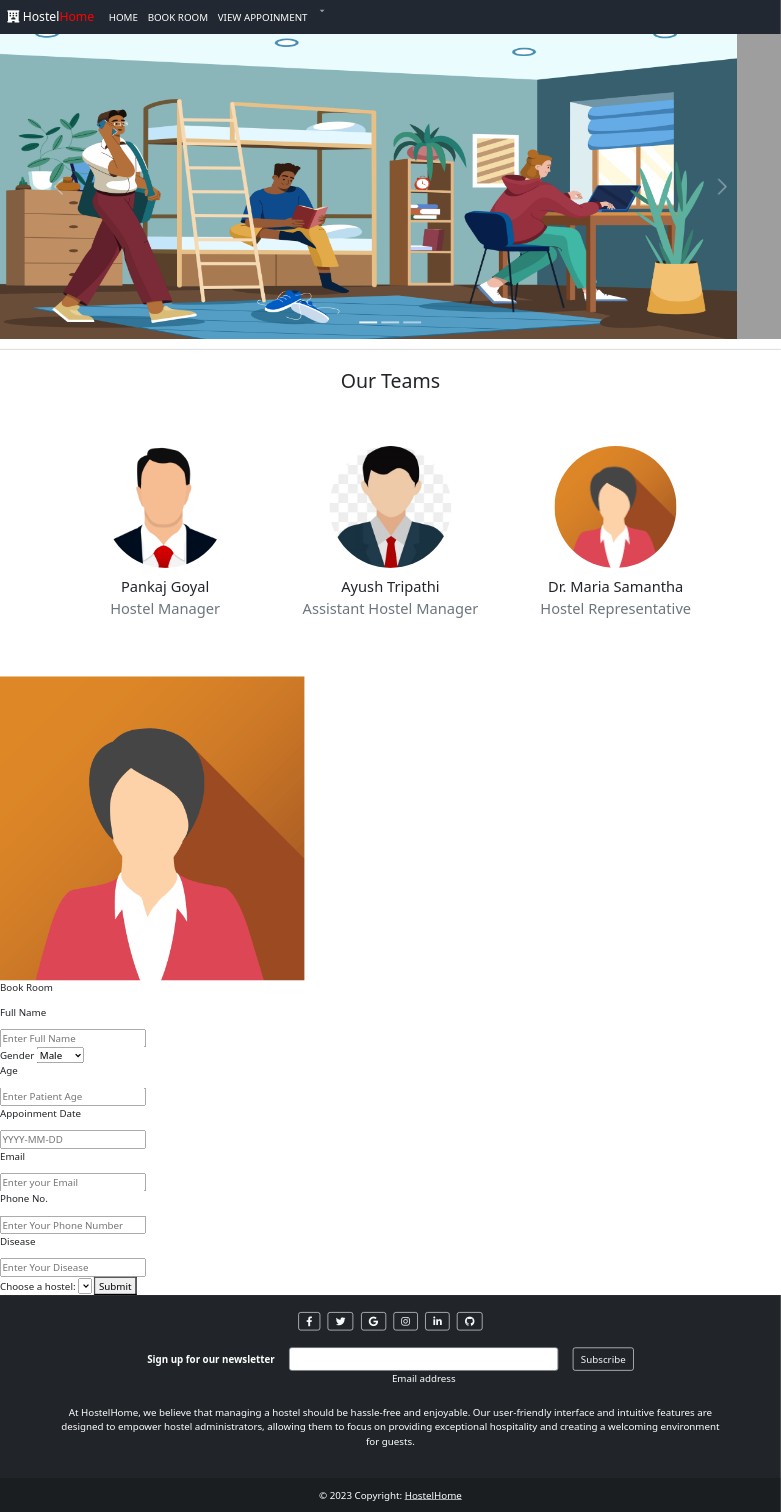
Repository: SparshGarg1/Hostel_Managment_System
Page: http://localhost/Hostel/studentbookroom.jsp
These files come from the project's save history. The page is drawn as it stood at one moment and after the next save; the edit follows.
The browser window is 1280 px wide. The pictures show the whole page, at 61% of full size.
Pictures or frames that could not be fetched are drawn as grey boxes. Some web libraries are served in a nearby version. The page is served by Tomcat 9. Other server files are loaded and not shown. Queries for data that is not in the repository find no rows.

Above is the page before, as saved 2023-06-18 02:46:22.

### Hostel/WebContent/studentbookroom.jsp
<%@page import="java.sql.ResultSet"%>
<%@page errorPage="component/error.jsp" %>
<%@ include file="component/db.jsp" %>
<%@ page language="java" contentType="text/html; charset=ISO-8859-1"
    pageEncoding="ISO-8859-1"%>
<!DOCTYPE html PUBLIC "-//W3C//DTD HTML 4.01 Transitional//EN" "http://www.w3.org/TR/html4/loose.dtd">
<html>
<head>
<meta http-equiv="Content-Type" content="text/html; charset=ISO-8859-1">
<title>Insert title here</title>
<%@ include file="component/allcss.jsp" %>
</head>
<body>
<!-- Fetching Detail os User -->
<%
	HttpSession ses = request.getSession();
	String email = (String) ses.getAttribute("email");
	String qrp = "select * from student where email=?";
	PreparedStatement ps = con.prepareStatement(qrp);
	ps.setString(1, email);
	String name="";
	ResultSet rsp = ps.executeQuery();
	if(rsp.next())
	{
	name = rsp.getString("name");
	}
%>

<!-- Navbar -->
<nav class="navbar navbar-expand-lg navbar-dark" style="background-color:#222831;">
  <div class="container-fluid">
<a class="navbar-brand" href="index.jsp"><i class="fas fa-hotel"></i> Hostel<span style="color:red;">Home</span></a>
    <button class="navbar-toggler" type="button" data-bs-toggle="collapse" data-bs-target="#navbarSupportedContent" aria-controls="navbarSupportedContent" aria-expanded="false" aria-label="Toggle navigation">
      <span class="navbar-toggler-icon"></span>
    </button>
    <div class="collapse navbar-collapse" id="navbarSupportedContent">
      <ul class="navbar-nav  mb-2 mb-lg-0">
        <li class="nav-item">
          <a class="nav-link active" aria-current="page" href="userportal.jsp">HOME</a>
        </li>
        <li class="nav-item">
          <a class="nav-link active" aria-current="page" href="studentbookroom.jsp">BOOK ROOM</a>
        </li>
        <li class="nav-item">
          <a class="nav-link active" aria-current="page" href="userviewappoinment.jsp">VIEW APPOINMENT</a>
        </li>
        <li class="nav-item dropdown">
          <a class="nav-link dropdown-toggle" href="#" id="navbarDropdown" role="button" data-bs-toggle="dropdown" aria-expanded="false">
           <%=name %>
          </a>
          <ul class="dropdown-menu" aria-labelledby="navbarDropdown">
          	<li><a class="dropdown-item" href="userchangepassword.jsp?email=<%= email %>">Change Password</a></li>
            <li><a class="dropdown-item" href="UserLogout">Logout</a></li>
          </ul>
        </li>
      </ul>
    </div>
  </div>
</nav>

<!-- index page code copy as page should look same  -->
<div id="carouselExampleIndicators" class="carousel slide" data-bs-ride="carousel">
  <div class="carousel-indicators">
    <button type="button" data-bs-target="#carouselExampleIndicators" data-bs-slide-to="0" class="active" aria-current="true" aria-label="Slide 1"></button>
    <button type="button" data-bs-target="#carouselExampleIndicators" data-bs-slide-to="1" aria-label="Slide 2"></button>
    <button type="button" data-bs-target="#carouselExampleIndicators" data-bs-slide-to="2" aria-label="Slide 3"></button>
  </div>
  <div class="carousel-inner">
    <div class="carousel-item active">
      <img src="img/hos1.jpg" class="d-block w-100" alt="..." height="500px">
    </div>
    <div class="carousel-item">
      <img src="img/hos2.jpg" class="d-block w-100" alt="..." height="500px">
    </div>
    <div class="carousel-item">
      <img src="img/hos3.jpg" class="d-block w-100" alt="..." height="500px">
    </div>
  </div>
  <button class="carousel-control-prev" type="button" data-bs-target="#carouselExampleIndicators" data-bs-slide="prev">
    <span class="carousel-control-prev-icon" aria-hidden="true"></span>
    <span class="visually-hidden">Previous</span>
  </button>
  <button class="carousel-control-next" type="button" data-bs-target="#carouselExampleIndicators" data-bs-slide="next">
    <span class="carousel-control-next-icon" aria-hidden="true"></span>
    <span class="visually-hidden">Next</span>
  </button>
</div>


<hr>


<div class="container p-3">
<h1 class="text-center fs-2">Our Teams</p>
<div class="py-5 text-center text-info background-info" style="">
<div class="container">
<div class="row">
<div class="col-lg-4 col-md-6 p-4"> <img class="img-fluid d-block mb-3 mx-auto rounded-circle" alt="Card image cap" width="200" src="img/doc-1.jpg">
<h4 class="text-dark">Pankaj Goyal</h4>
<h4 class="mb-0 text-secondary">Hostel Manager</h4>
</div>
<div class="col-lg-4 col-md-6 p-4"> <img class="img-fluid d-block mb-3 mx-auto rounded-circle" src="img/doc-2.jpg" alt="Card image cap" width="200">
<h4 class="text-dark">Ayush Tripathi</h4>
<h4 class="mb-0 text-secondary">Assistant Hostel Manager</h4>
</div>
<div class="col-lg-4 p-4"> <img class="img-fluid d-block mb-3 mx-auto rounded-circle" src="img/doc-3.jpg" width="200">
<h4 class="text-dark">Dr. Maria Samantha</h4>
<h4 class="mb-0 text-secondary">Hostel Representative</h4>
</div>
</div>
</div>
</div>
</div>

<!-- Form -->
<div class="main">
    <div class="image">
        <img src="img/doc-3.jpg" alt="">
    </div>
    <div class="contain">
        <p class="head">Book Room</p>
        <form action="BookRoom?email=<%=email %>" method="post">
        <div class="bo">
            <p>Full Name</p>
            <div>
                <input type="text" name="name" placeholder="Enter Full Name">
            </div>
        </div>
        <label for="gender" class="bo">Gender</label>
            <select id="gender" name="gender" >
             <option value="Male">Male</option>
             <option value="Female">Female</option>
             <option value="Others">Others</option>
        </select>
        <div class="bo">
            <p>Age</p>
            <div>
                <input type="text" name="age" placeholder="Enter Patient Age">
            </div>
        </div>
        <div class="bo">
            <p>Appoinment Date</p>
            <div>
                <input type="text" name="appdate" placeholder="YYYY-MM-DD">
            </div>
        </div>
        <div class="bo">
            <p>Email</p>
            <div>
                <input type="email" name="email" placeholder="Enter your Email">
            </div>
        </div>
        <div class="bo">
            <p>Phone No.</p>
            <div>
                <input type="text" name="mobile" placeholder="Enter Your Phone Number">
            </div>
        </div>
        <div class="bo">
            <p>Disease</p>
            <div>
                <input type="text" name="Disease" placeholder="Enter Your Disease">
            </div>
        </div>

        <label for="hostel" class="bo">Choose a hostel:</label>
            <select id="hostel" name="hostel_name" >
            <%
            	String qr1 = "select * from doctor";
            	PreparedStatement ps1 = con.prepareStatement(qr1);
            	ResultSet rs1 = ps1.executeQuery();
            	if(rs1.next())
            	{
            		do
            		{
            			int id = rs1.getInt("id");
            			String dname = rs1.getString("name");
            			%>

            			<option value=<%=id%>><%=dname%></option>
            			<%
            		}
            		while(rs1.next());
            	}
            	con.close();
            %>
        </select>

        <button type="submit"  class="loginBtn">Submit</button>
        </form>
    </div>
</div>

<!-- Footer -->
<footer class="bg-dark text-center text-white">
  <!-- Grid container -->
  <div class="container p-4">
    <!-- Section: Social media -->
    <section class="mb-4">
      <!-- Facebook -->
      <a class="btn btn-outline-light btn-floating m-1" href="#!" role="button"
        ><i class="fab fa-facebook-f"></i
      ></a>

      <!-- Twitter -->
      <a class="btn btn-outline-light btn-floating m-1" href="#!" role="button"
        ><i class="fab fa-twitter"></i
      ></a>

      <!-- Google -->
      <a class="btn btn-outline-light btn-floating m-1" href="#!" role="button"
        ><i class="fab fa-google"></i
      ></a>

      <!-- Instagram -->
      <a class="btn btn-outline-light btn-floating m-1" href="#!" role="button"
        ><i class="fab fa-instagram"></i
      ></a>

      <!-- Linkedin -->
      <a class="btn btn-outline-light btn-floating m-1" href="#!" role="button"
        ><i class="fab fa-linkedin-in"></i
      ></a>

      <!-- Github -->
      <a class="btn btn-outline-light btn-floating m-1" href="#!" role="button"
        ><i class="fab fa-github"></i
      ></a>
    </section>
    <!-- Section: Social media -->

    <!-- Section: Form -->
    <section class="">
      <form action="">
        <!--Grid row-->
        <div class="row d-flex justify-content-center">
          <!--Grid column-->
          <div class="col-auto">
            <p class="pt-2">
              <strong>Sign up for our newsletter</strong>
            </p>
          </div>
          <!--Grid column-->

          <!--Grid column-->
          <div class="col-md-5 col-12">
            <!-- Email input -->
            <div class="form-outline form-white mb-4">
              <input type="email" id="form5Example21" class="form-control" />
              <label class="form-label" for="form5Example21">Email address</label>
            </div>
          </div>
          <!--Grid column-->

          <!--Grid column-->
          <div class="col-auto">
            <!-- Submit button -->
            <button type="submit" class="btn btn-outline-light mb-4">
              Subscribe
            </button>
          </div>
          <!--Grid column-->
        </div>
        <!--Grid row-->
      </form>
    </section>
    <!-- Section: Form -->

    <!-- Section: Text -->
    <section class="mb-4">
      <p>
       At HostelHome, we believe that managing a hostel should be hassle-free and enjoyable. Our user-friendly interface and
       intuitive features are designed to empower hostel administrators, allowing them to focus on providing exceptional
        hospitality and creating a welcoming environment for guests.


      </p>
    </section>

    <!-- Section: Links -->
  </div>
  <!-- Grid container -->

  <!-- Copyright -->
  <div class="text-center p-3" style="background-color: rgba(0, 0, 0, 0.2);">
    © 2023 Copyright:
    <a class="text-white" href="index.jsp">HostelHome</a>
  </div>
  <!-- Copyright -->
</footer>
<!-- Footer -->


</body>
</html>

### Hostel/WebContent/component/db.jsp

<%@page import="java.sql.Connection" %>
<%@page import="java.sql.DriverManager" %>
<%@page import="java.sql.PreparedStatement" %>
<%
Class.forName("com.mysql.jdbc.Driver");
Connection con=DriverManager.getConnection("jdbc:mysql://localhost:3306/hostel","root","sparsh1574");
%>

### Hostel/WebContent/component/allcss.jsp
<link rel="stylesheet" href="https://cdnjs.cloudflare.com/ajax/libs/font-awesome/6.1.2/css/all.min.css" integrity="sha512-1sCRPdkRXhBV2PBLUdRb4tMg1w2YPf37qatUFeS7zlBy7jJI8Lf4VHwWfZZfpXtYSLy85pkm9GaYVYMfw5BC1A==" crossorigin="anonymous" referrerpolicy="no-referrer" />
<link href="https://cdn.jsdelivr.net/npm/bootstrap@5.0.2/dist/css/bootstrap.min.css" rel="stylesheet" integrity="sha384-EVSTQN3/azprG1Anm3QDgpJLIm9Nao0Yz1ztcQTwFspd3yD65VohhpuuCOmLASjC" crossorigin="anonymous">
<script src="https://cdn.jsdelivr.net/npm/bootstrap@5.0.2/dist/js/bootstrap.bundle.min.js" integrity="sha384-MrcW6ZMFYlzcLA8Nl+NtUVF0sA7MsXsP1UyJoMp4YLEuNSfAP+JcXn/tWtIaxVXM" crossorigin="anonymous"></script>

After the next save:
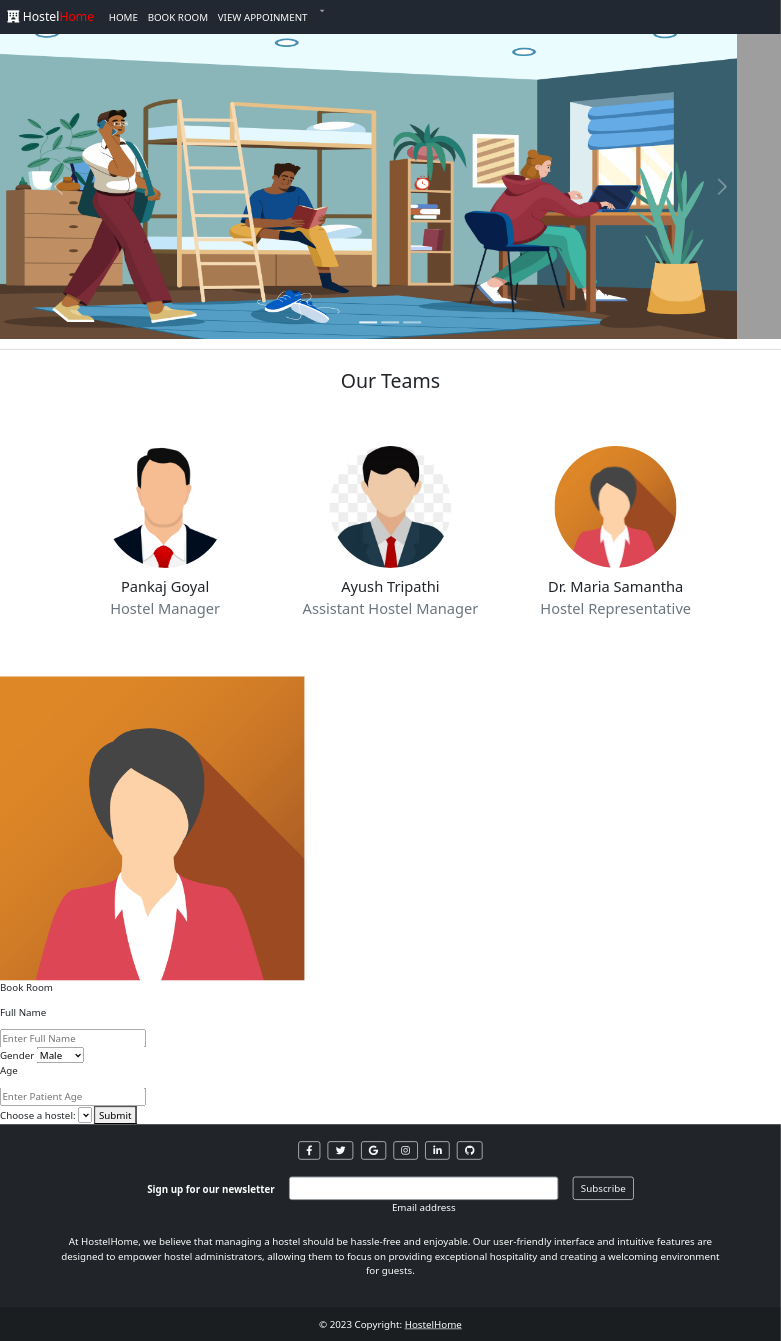
Saved 2 min 44 s later.
--- a/Hostel/WebContent/studentbookroom.jsp
+++ b/Hostel/WebContent/studentbookroom.jsp
@@ -138,35 +138,12 @@
                 <input type="text" name="age" placeholder="Enter Patient Age">
             </div>
         </div>
-        <div class="bo">
-            <p>Appoinment Date</p>
-            <div>
-                <input type="text" name="appdate" placeholder="YYYY-MM-DD">
-            </div>
-        </div>
-        <div class="bo">
-            <p>Email</p>
-            <div>
-                <input type="email" name="email" placeholder="Enter your Email">
-            </div>
-        </div>
-        <div class="bo">
-            <p>Phone No.</p>
-            <div>
-                <input type="text" name="mobile" placeholder="Enter Your Phone Number">
-            </div>
-        </div>
-        <div class="bo">
-            <p>Disease</p>
-            <div>
-                <input type="text" name="Disease" placeholder="Enter Your Disease">
-            </div>
-        </div>
+
 
         <label for="hostel" class="bo">Choose a hostel:</label>
             <select id="hostel" name="hostel_name" >
             <%
-            	String qr1 = "select * from doctor";
+            	String qr1 = "select * from room";
             	PreparedStatement ps1 = con.prepareStatement(qr1);
             	ResultSet rs1 = ps1.executeQuery();
             	if(rs1.next())
